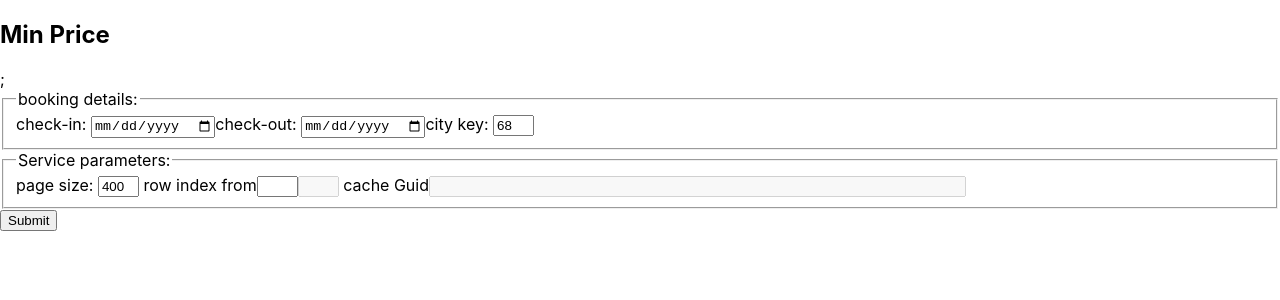
Repository: vsterev/il-test
Page: /min-price
The author's editor kept a copy of each file at every save. The page is drawn from the files as they stood at one save, then again after the next save.
The browser window is 1280 px wide. The pictures show the whole page.
The project was rebuilt for these pictures with package versions that can differ from the ones it lists, and the page was loaded fresh each time. A package was used in the major version that the imports need, not the one package.json lists. Also part of the build but not shown: src/components/error/index.jsx.

Above is the page before, as saved 2021-04-27 09:54:43.

### src/index.js
import React from 'react';
import ReactDOM from 'react-dom';
import './index.css';
// import App from './App';
import reportWebVitals from './reportWebVitals';
// import MinPrice from './components/minPrice';
import Navigation from './navigation';

ReactDOM.render(
  <React.StrictMode>
    {/* <App /> */}
    {/* <MinPrice /> */}
    <Navigation />
  </React.StrictMode>,
  document.getElementById('root')
);

// If you want to start measuring performance in your app, pass a function
// to log results (for example: reportWebVitals(console.log))
// or send to an analytics endpoint. Learn more: https://bit.ly/CRA-vitals
reportWebVitals();

### src/navigation.jsx
import React from 'react';
import { Switch, BrowserRouter, Route, Redirect } from 'react-router-dom';
import MinPrice from './components/minPrice';
import Error from './components/error';
const Navigation = () => {
  return (
    <BrowserRouter>
      <Switch>
        <Route path="/min-price" render={() => <MinPrice />} />
        <Route path="*" render={() => <Error msg="Page not Found - 404" />} />
      </Switch>
    </BrowserRouter>
  );
};
export default Navigation;

### src/components/minPrice/index.jsx
import React, { useState } from 'react';
import InterLookServices from '../../services/inLook';
const MinPrice = () => {
  const [details, setDetails] = useState({
    checkIn: '',
    checkOut: '',
    cityKey: '68',
    pageSize: '400',
    rowIndexFrom: '',
    cacheGuid: '',
  });
  const [prices, setPrices] = useState([]);
  const [request, setRequest] = useState('');
  const [totalCount, setTotalCount] = useState('');
  const submitHandler = (e) => {
    e.preventDefault();
    console.log(details);
    InterLookServices.minPrices({
      checkIn: details.checkIn,
      checkOut: details.checkOut,
      pageSize: details.pageSize,
      cityKey: details.cityKey,
      rowIndexFrom: details.rowIndexFrom,
      cacheGuid: details.cacheGuid,
    })
      .then((result) => {
        // setPrices([result.a]);
        console.log(result);
        setRequest(result.requeststr);
        setPrices([...prices, result.arrPrices]);
        setDetails({ ...details, cacheGuid: result.cacheGuid, rowIndexFrom: result.totalCount });
        setTotalCount(result.totalCount);

        // setDetails({ ...details, cacheGuid: result.cacheGuid });
        // setDetails({ ...details, rowIndexFrom: result.rowIndexFrom });
      })
      .catch(console.log);
  };
  return (
    <React.Fragment>
      <h2>Min Price</h2>;
      <form onSubmit={submitHandler}>
        <fieldset>
          <legend>booking details:</legend>
          <label htmlFor="checkIn">check-in: </label>
          <input
            type="date"
            id="checkIn"
            value={details.checkIn}
            onChange={(e) => setDetails({ ...details, checkIn: e.target.value })}></input>
          <label htmlFor="checkOut">check-out: </label>
          <input
            type="date"
            id="checkOut"
            value={details.checkOut}
            onChange={(e) => setDetails({ ...details, checkOut: e.target.value })}></input>
          <label htmlFor="cityKey">city key: </label>
          <input
            type="text"
            id="cityKey"
            size="2"
            value={details.cityKey}
            onChange={(e) => setDetails({ ...details, cityKey: e.target.value })}
          />
        </fieldset>
        <fieldset>
          <legend>Service parameters:</legend>
          <label htmlFor="pageSize">page size: </label>
          <input
            type="text"
            id="pageSize"
            size="2"
            value={details.pageSize}
            onChange={(e) => setDetails({ ...details, pageSize: e.target.value })}
          />
          <label htmlFor="rowIndexFrom"> row index from</label>
          <input
            type="text"
            value={details.rowIndexFrom}
            size="2"
            onChange={(e) => setDetails({ ...details, rowIndexFrom: e.target.value })}
          />
          <input
            type="text"
            value={totalCount}
            disabled
            size="2"
            // onChange={(e) => setDetails({ ...details, rowIndexFrom: e.target.value })}
          />
          <label htmlFor="cacheGuid"> cache Guid</label>
          <input
            type="text"
            value={details.cacheGuid}
            disabled
            size="64"
            onChange={(e) => setDetails({ ...details, cacheGuid: e.target.value })}
          />
        </fieldset>
        <button>Submit</button>
      </form>
      {!!request && <div>{request}</div>}
    </React.Fragment>
  );
};
export default MinPrice;

### src/services/inLook.js
const InterlookServices = {
  minPrices: (data) => {
    return fetch(`http://localhost:4000/il/min-price`, {
      body: JSON.stringify(data),
      method: 'POST',
      headers: { 'Content-type': 'application/json' },
    })
      .then((res) => res.json())
      .catch((e) => console.error(e));
  },
};
export default InterlookServices;

Loaded but not shown: public/index.html (common file); src/index.css (common file); src/reportWebVitals.js (common file)

After the next save:
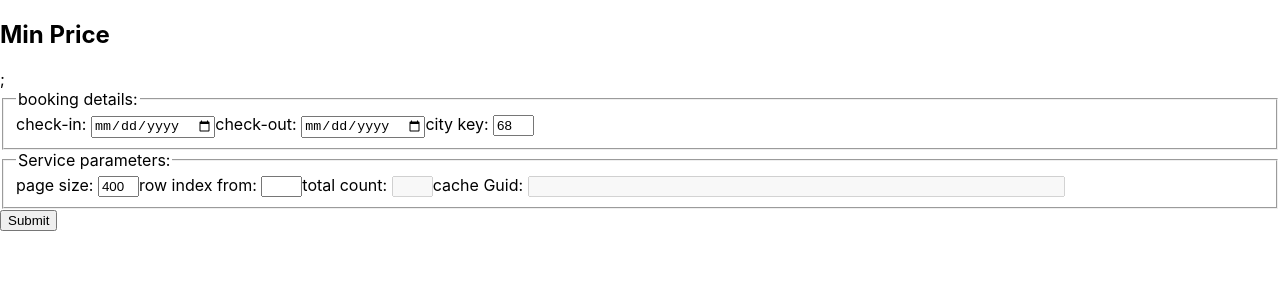
Saved 115 s later.
--- a/src/components/minPrice/index.jsx
+++ b/src/components/minPrice/index.jsx
@@ -73,13 +73,15 @@ const MinPrice = () => {
             value={details.pageSize}
             onChange={(e) => setDetails({ ...details, pageSize: e.target.value })}
           />
-          <label htmlFor="rowIndexFrom"> row index from</label>
+          <label htmlFor="rowIndexFrom">row index from: </label>
           <input
+            id="rowIndexFrom"
             type="text"
             value={details.rowIndexFrom}
             size="2"
             onChange={(e) => setDetails({ ...details, rowIndexFrom: e.target.value })}
           />
+          <label htmlFor="totalCount">total count: </label>
           <input
             type="text"
             value={totalCount}
@@ -87,9 +89,10 @@ const MinPrice = () => {
             size="2"
             // onChange={(e) => setDetails({ ...details, rowIndexFrom: e.target.value })}
           />
-          <label htmlFor="cacheGuid"> cache Guid</label>
+          <label htmlFor="cacheGuid">cache Guid: </label>
           <input
             type="text"
+            id="cacheGuid"
             value={details.cacheGuid}
             disabled
             size="64"
